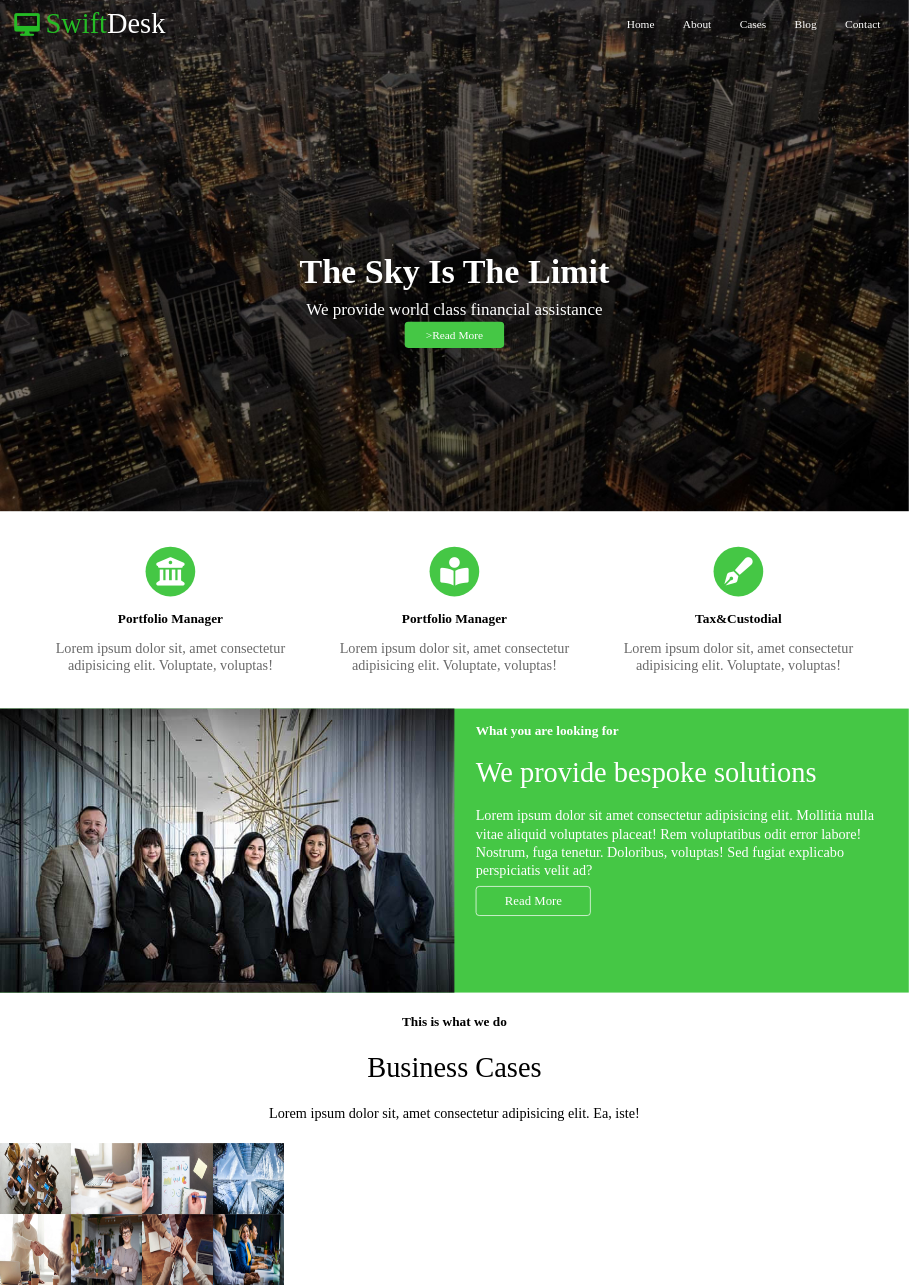
Repository: reemoon-ctrl/swiftdisk-Website-Flexbox
Page: index.html
An editor plug-in stored every save of this project. The page is shown before and after a run of saves, followed by the edit.
The browser window is 1280 px wide. The pictures show the whole page, at 71% of full size.

Above is the page before, as saved 2024-07-27 09:33:14.

After the next 2 saves:
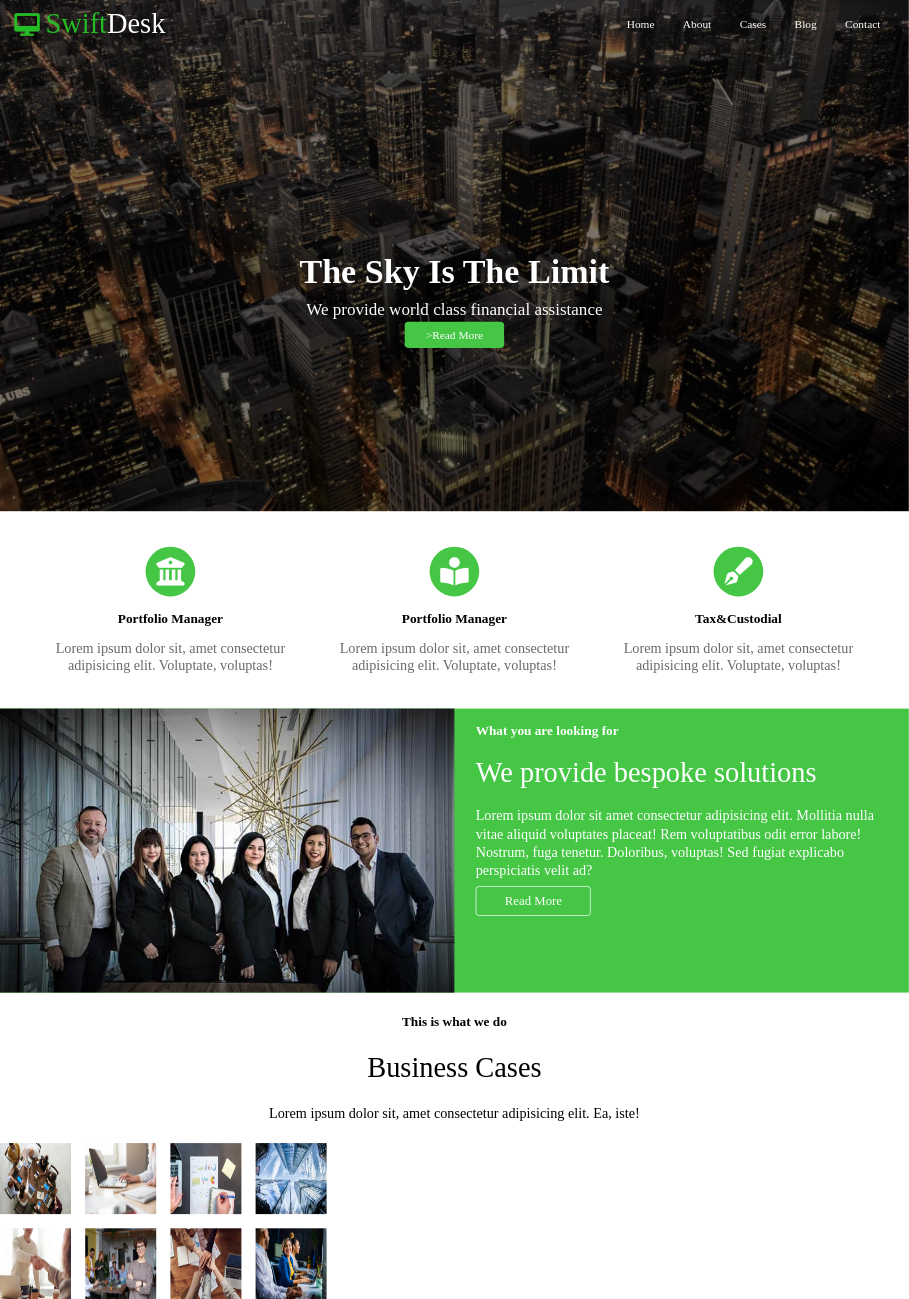
The 2 saves are shown as one change because they came seconds apart.
The last was saved 5 s later.
--- a/index.css
+++ b/index.css
@@ -164,7 +164,7 @@ body{
 .BC-image{
     display: grid;
     grid-template-columns:100px 100px 100px 100px ;
-   gap
+   gap: 20px;
 }
 .BCimg{
     width: 100px;
